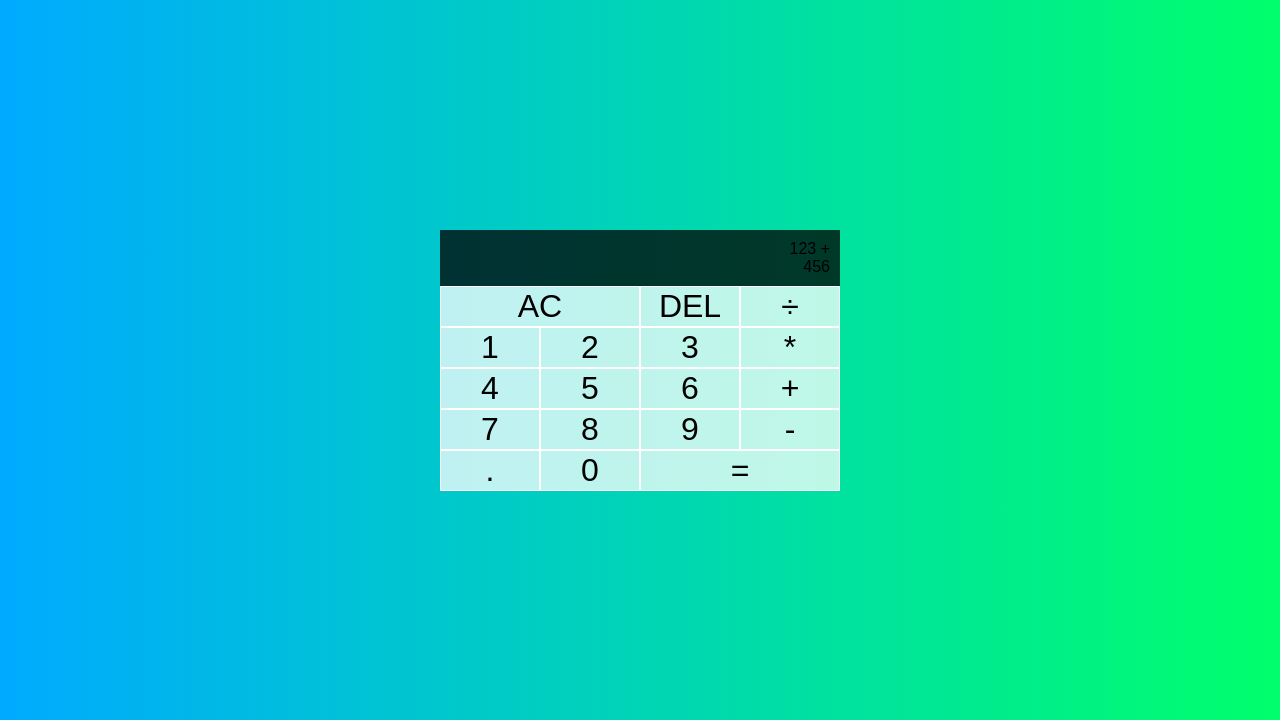
Repository: weazzyefff/Calculator-YT-Tutorial-
Page: index.html
An editor plug-in stored every save of this project. The page is shown before and after the next save, followed by the edit.
The browser window is 1280 px wide. The pictures show the whole page.

Above is the page before, as saved 2022-12-23 12:17:29.

After the next save:
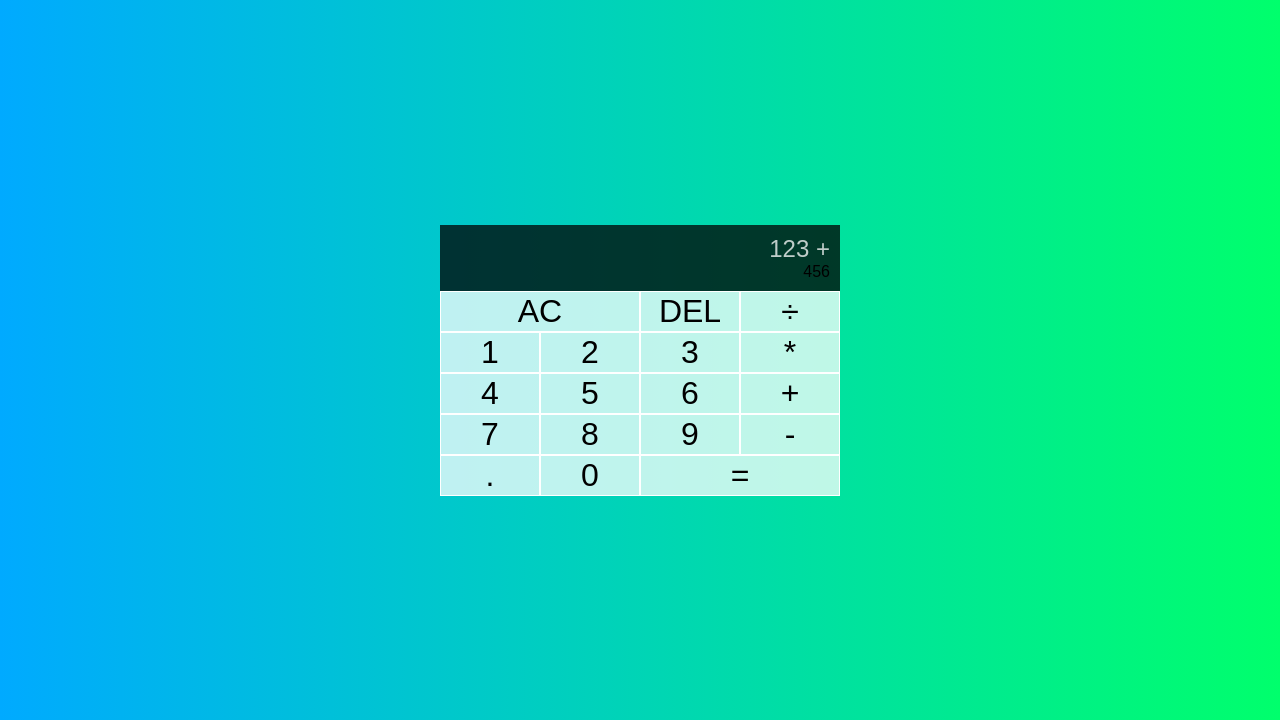
Saved 80 s later.
--- a/styles.css
+++ b/styles.css
@@ -46,3 +46,8 @@ body {
     word-wrap: break-word;
     word-break: break-all;
 }
+
+.output .previous-operand {
+    color: rgba(255,255,255, .75);
+    font-size: 1.5rem;
+}
